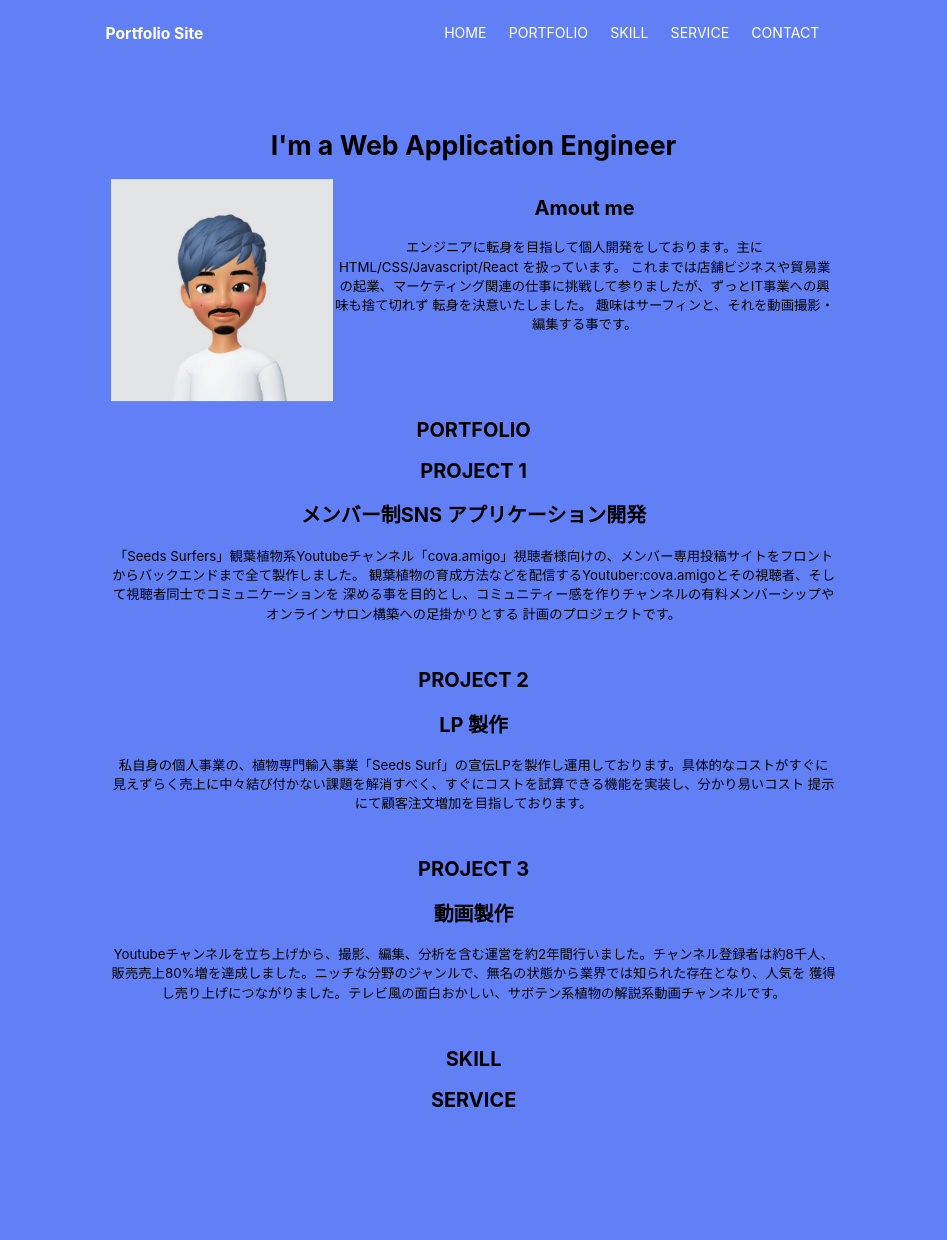
Repository: Seiya00002/my-portfolio-website2
Page: /
An editor plug-in stored every save of this project. The page is shown before and after the next save, followed by the edit.
The browser window is 1280 px wide. The pictures show the whole page, at 74% of full size.
The project was rebuilt for these pictures with package versions that can differ from the ones it lists, and the page was loaded fresh each time.

Above is the page before, as saved 2023-09-22 17:20:52.

### src/index.css
body {
  margin: 0;
  font-family: -apple-system, BlinkMacSystemFont, 'Segoe UI', 'Roboto', 'Oxygen',
    'Ubuntu', 'Cantarell', 'Fira Sans', 'Droid Sans', 'Helvetica Neue',
    sans-serif;
  -webkit-font-smoothing: antialiased;
  -moz-osx-font-smoothing: grayscale;
  background-color: rgb(98, 128, 246);
}

code {
  font-family: source-code-pro, Menlo, Monaco, Consolas, 'Courier New',
    monospace;
}

### src/App.tsx
import React from 'react';
import logo from './logo.svg';
import './App.css';
import Header from './Components/Header';
import Homepage from './Components/Homepage';
import Footer from './Components/Footer';

function App() {
  return (
    <div className="App">
      <Header />
      <Homepage />
      <Footer />
    </div>
  );
}

export default App;

### src/App.css
.App {
  text-align: center;
  font-size: 18px;
  height: 100vh;
  width: 100%;
}

.header {
  height: 90px;
  display: flex;
  justify-content: space-around;
  align-items: center;
  width: 100%;
  color: white;
  position: fixed;
  background-color: rgb(98, 128, 246);
  z-index: 10;
}

nav ul li {
  list-style: none;
  display: inline-block;
  margin-right: 30px;
}

nav ul li a {
  font-size: 19px;
  color: white;
  text-decoration: none;
  transition: all 0.2s;
}

nav ul li a:hover {
  color: rgb(36, 89, 250);
}

.container {
  padding: 150px;
}

#top {
  display: flex;
  width: 100%;
}

.top img {
  height: 300px;
  width: 300px;
}

.footer {
  height: 90px;
  position: absolute;
  bottom: 0;
  width: 100%;
  justify-content: center;
  align-items: center;
}

### src/Components/Header.tsx
import React from 'react'

const Header = () => {
  return (
    <div className='header'>
        <h3>Portfolio Site</h3>
        <nav>
            <ul>
                <li>
                    <a href='#top'>HOME</a>
                </li>
                <li>
                    <a href='#portfolio'>PORTFOLIO</a>
                </li>
                <li>
                    <a href='#skill'>SKILL</a>
                </li>
                <li>
                    <a href='#service'>SERVICE</a>
                </li>
                <li>
                    <a href='#contact'>CONTACT</a>
                </li>
            </ul>
        </nav>
    </div>
  )
}

export default Header

### src/Components/Homepage.tsx
import React from 'react'

const Homepage = () => {
  return (
    <div className='container'>
        <h1>I'm a Web Application Engineer</h1>
        <div className='top' id='top'>
            <img src='/image/m-drawing.jpg' alt='profile-image' />
            <div className='right-contents'>
                <h2>Amout me</h2>
                <p>エンジニアに転身を目指して個人開発をしております。主にHTML/CSS/Javascript/React を扱っています。
                これまでは店舗ビジネスや貿易業の起業、マーケティング関連の仕事に挑戦して参りましたが、ずっとIT事業への興味も捨て切れず
                転身を決意いたしました。
                趣味はサーフィンと、それを動画撮影・編集する事です。</p>
            </div>
        </div>

        <div id='portfolio'>
            <h2>PORTFOLIO</h2>
            <div className='project'>
                <div className='left-contents'>
                    <h2>PROJECT 1</h2>
                    <h2>メンバー制SNS アプリケーション開発</h2>
                    <p>「Seeds Surfers」観葉植物系Youtubeチャンネル「cova.amigo」視聴者様向けの、メンバー専用投稿サイトをフロント
                        からバックエンドまで全て製作しました。
                        観葉植物の育成方法などを配信するYoutuber:cova.amigoとその視聴者、そして視聴者同士でコミュニケーションを
                        深める事を目的とし、コミュニティー感を作りチャンネルの有料メンバーシップやオンラインサロン構築への足掛かりとする
                        計画のプロジェクトです。
                    </p>
                </div>
                <img src='' alt=''/>
            </div>
            <div className='project'>
                <div className='left-contents'>
                    <h2>PROJECT 2</h2>
                    <h2>LP 製作</h2>
                    <p>私自身の個人事業の、植物専門輸入事業「Seeds Surf」の宣伝LPを製作し運用しております。具体的なコストがすぐに
                        見えずらく売上に中々結び付かない課題を解消すべく、すぐにコストを試算できる機能を実装し、分かり易いコスト
                        提示にて顧客注文増加を目指しております。
                    </p>
                </div>
                <img src='' alt=''/>
            </div>
            <div className='project'>
                <div className='left-contents'>
                    <h2>PROJECT 3</h2>
                    <h2>動画製作</h2>
                    <p>Youtubeチャンネルを立ち上げから、撮影、編集、分析を含む運営を約2年間行いました。チャンネル登録者は約8千人、
                        販売売上80%増を達成しました。ニッチな分野のジャンルで、無名の状態から業界では知られた存在となり、人気を
                        獲得し売り上げにつながりました。テレビ風の面白おかしい、サボテン系植物の解説系動画チャンネルです。
                    </p>
                </div>
                <img src='' alt=''/>
            </div>

        </div>

        <div id='skill'>
            <h2>SKILL</h2>
        </div>

        <div id='service'>
            <h2>SERVICE</h2>
        </div>
        <div id='contact'></div>
    </div>
  )
}

export default Homepage

### src/Components/Footer.tsx
import React from 'react'

const Footer = () => {
  return (
    <div className='footer'></div>
  )
}

export default Footer

Loaded but not shown: public/index.html (common file); src/index.tsx (common file); src/reportWebVitals.ts (common file)

After the next save:
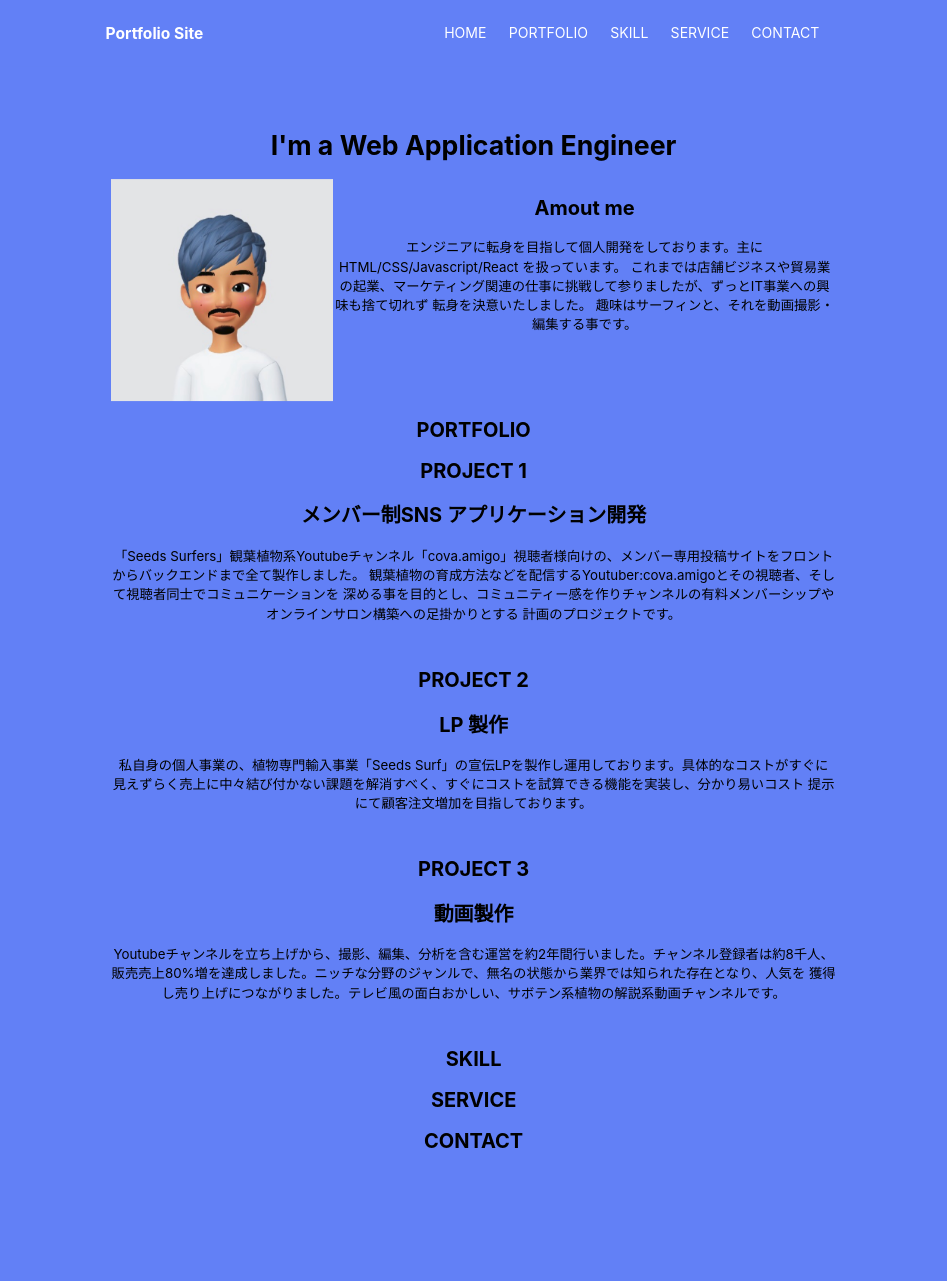
Saved 14 s later.
--- a/src/Components/Homepage.tsx
+++ b/src/Components/Homepage.tsx
@@ -62,7 +62,9 @@
         <div id='service'>
             <h2>SERVICE</h2>
         </div>
-        <div id='contact'></div>
+        <div id='contact'>
+            <h2>CONTACT</h2>
+        </div>
     </div>
   )
 }
